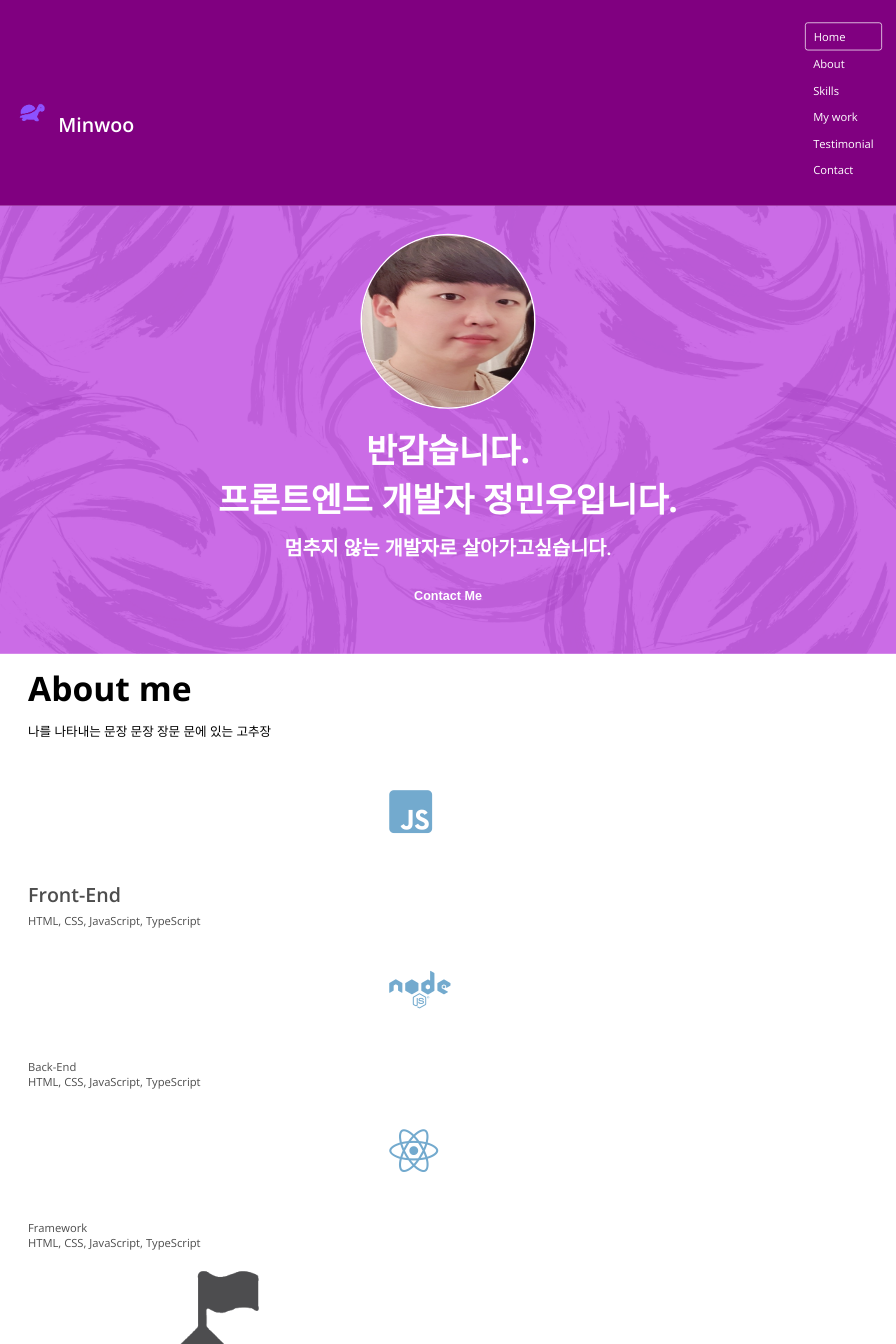
Repository: DevMinwoo-Jung/MinwooPortfolio
Page: index.html
These files come from the project's save history. The page is drawn as it stood at one moment and after the next save; the edit follows.
The browser window is 1280 px wide. The pictures show the part of the page from y = 0 to 1920 px (the page is 5709 px tall), at 70% of full size.

Above is the page before, as saved 2021-06-01 11:38:59.

After the next save:
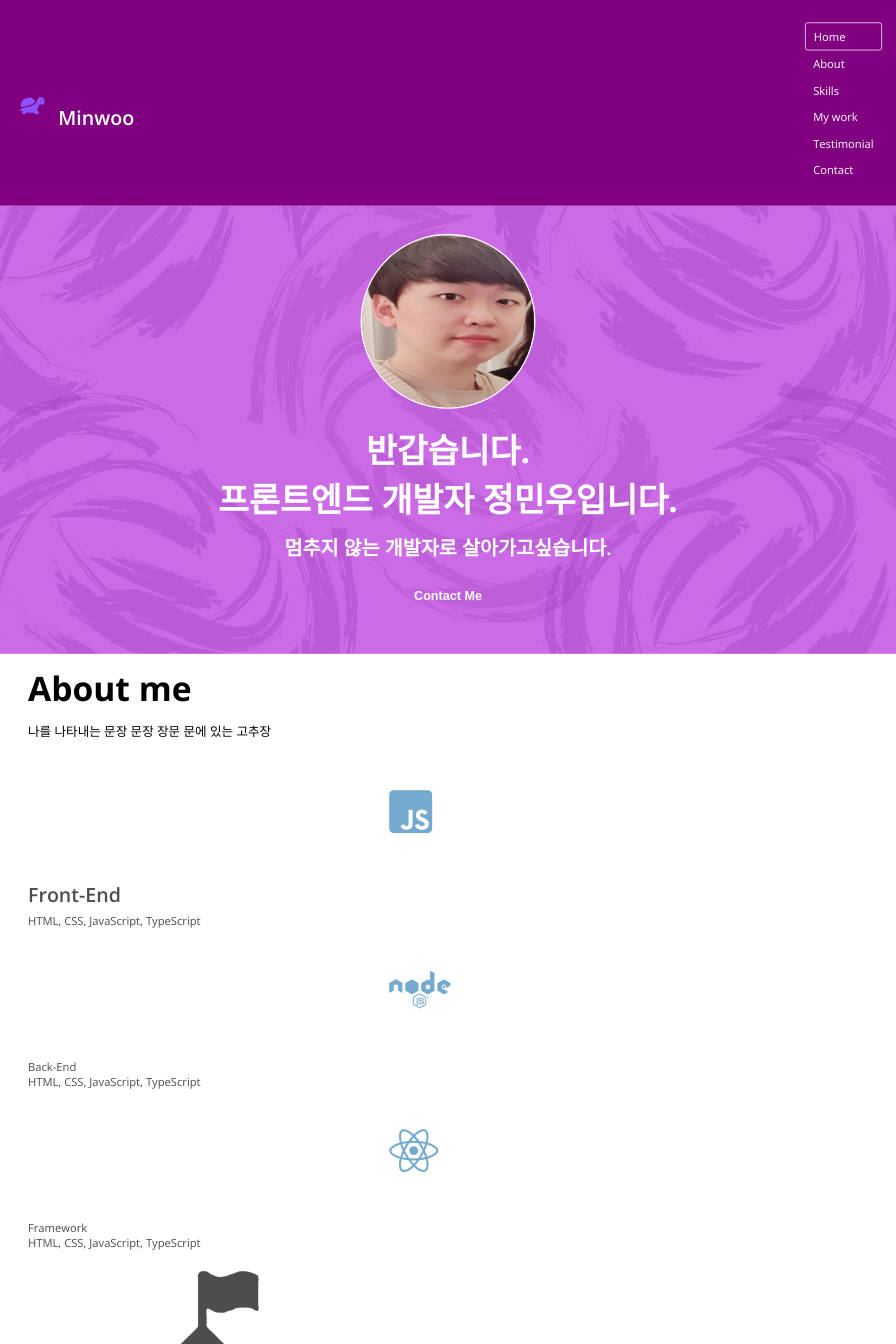
Saved 5 s later.
--- a/style.css
+++ b/style.css
@@ -134,7 +134,7 @@ button {
 .navbar__logo img {
   height: 60px;
   width: 60px;
-  margin-top: 30px;
+  margin-top: 10px;
 }
 .navbar__toggle-btn {
   position: absolute;
